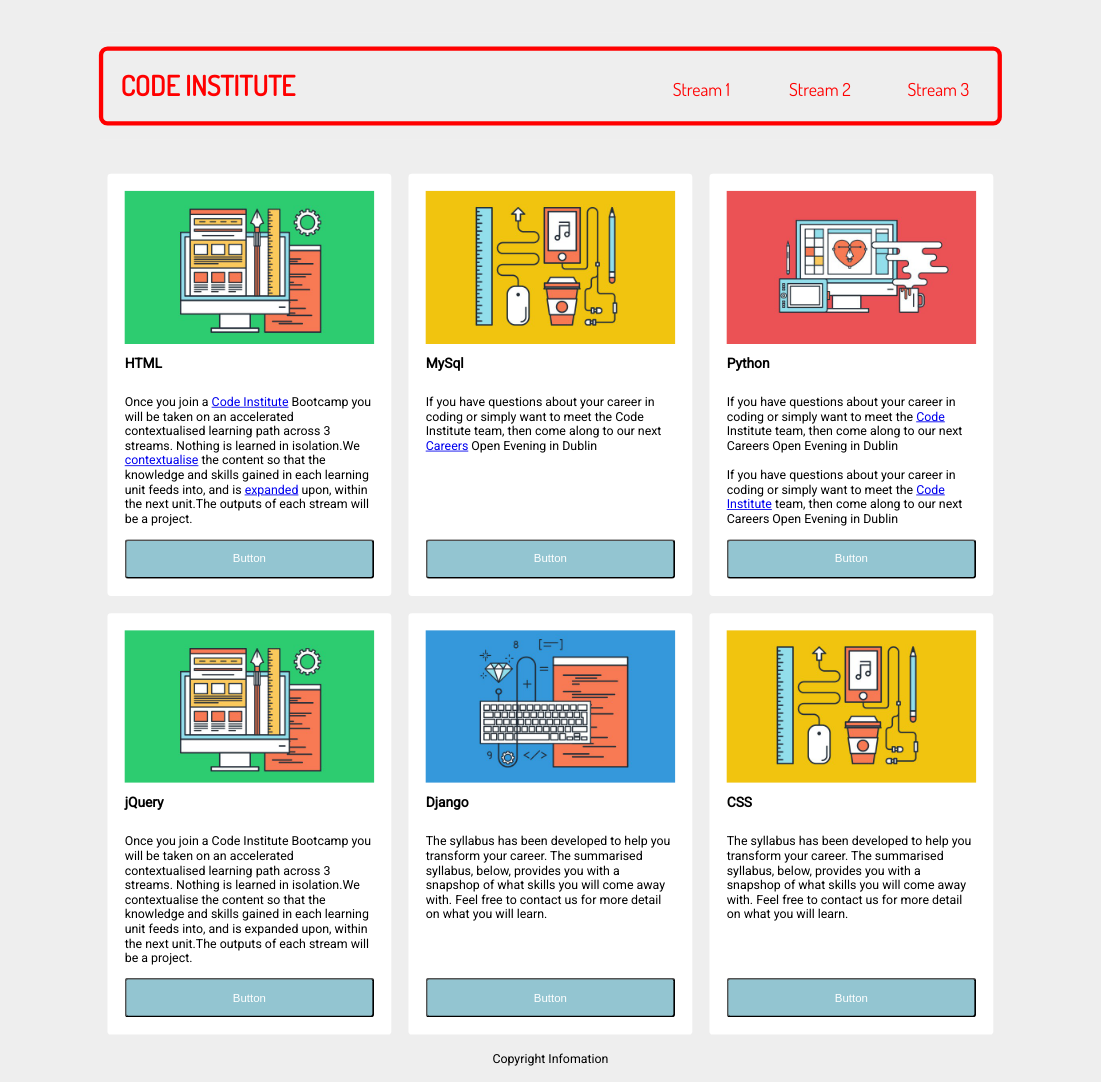
Repository: nitr-am/excersices-using-Jquery
Page: Cards-jquery.html
The author's editor kept a record of every edit. The page is drawn from the files as they stood at one moment, then again after the next edit.
The browser window is 1280 px wide. The pictures show the whole page, at 86% of full size.
Some web libraries are served in a nearby version.

Above is the page before.

### Cards-jquery.html
<!DOCTYPE html>
<html lang="en">
<head>
	<meta charset="UTF-8">
	<meta name="viewport" content="width=device-width, initial-scale=1">
	<title>jQuery</title>
	<link href="style.css" rel="stylesheet">
	<link href='https://fonts.googleapis.com/css?family=Roboto' rel='stylesheet' type='text/css'>
	<link href='https://fonts.googleapis.com/css?family=Dosis' rel='stylesheet' type='text/css'>
</head>
<body>
	<div id="container">
		<nav>
			<ul>
				<li id="logoNav">CODE INSTITUTE</li>

				<li id="stream1_btn">Stream 1</li>
				<li id="stream2_btn">Stream 2</li>
				<li id="stream3_btn">Stream 3</li>
			</ul>
		</nav>
		<div class="card stream1">
			<img id="img3" class="card_image" src="img/3.png" alt="coding icon">
			<div class="card_bottom">
				<h2 id="sz_html" class="card_head">HTML</h2>
				<p id="html_vanish" class="card_para">Once you join a <a href="#">Code Institute</a> Bootcamp you will be taken on an accelerated contextualised learning path across 3 streams. Nothing is learned in isolation.We <a href="#">contextualise</a> the content so that the knowledge and skills gained in each learning unit feeds into, and is <a href="#">expanded</a> upon, within the next unit.The outputs of each stream will be a project. </p>
				<button id="button1" class="bottom_button makeRed">Button</button>
			</div>
		</div>
		<div class="card stream3">
			<img id="img1" class="card_image" src="img/1.png" alt="coding icon">
			<h2 id="sz_mysql" class="card_head">MySql</h2>
			<p id="mysql_vanish" class="card_para">If you have questions about your career in coding or simply want to meet the Code Institute team, then come along to our next <a href="#">Careers</a> Open Evening in Dublin</p>
			<button id="button2" class="bottom_button makeRed">Button</button>
		</div>

		<div class="card stream2">
			<img id="img2" class="card_image" src="img/2.png" alt="coding icon">
			<h2 id="sz_python" class="card_head">Python</h2>
			<p id="python_vanish" class="card_para">If you have questions about your career in coding or simply want to meet the <a href="#">Code</a> Institute team, then come along to our next Careers Open Evening in Dublin <br><br> If you have questions about your career in coding or simply want to meet the <a href="#">Code Institute</a> team, then come along to our next Careers Open Evening in Dublin </p>
			<button id="button3" class="bottom_button makeRed">Button</button>
		</div>
		<div class="card stream1">
			<img id="img5" class="card_image" src="img/3.png" alt="coding icon">
			<div class="card_bottom">
				<h2 id="sz_jquery" class="card_head">jQuery</h2>
				<p id="jquery_vanish" class="card_para">Once you join a Code Institute Bootcamp you will be taken on an accelerated contextualised learning path across 3 streams. Nothing is learned in isolation.We contextualise the content so that the knowledge and skills gained in each learning unit feeds into, and is expanded upon, within the next unit.The outputs of each stream will be a project. </p>
				<button id="button4" class="bottom_button makeRed">Button</button>
			</div>
		</div>
		<div class="card stream3">
			<img id="img4" class="card_image" src="img/4.png" alt="coding icon">
			<h2 id="sz_django" class="card_head">Django</h2>
			<p id="django_vanish" class="card_para">The syllabus has been developed to help you transform your career. The summarised syllabus, below, provides you with a snapshop of what skills you will come away with. Feel free to contact us for more detail on what you will learn.</p>
			<button id="button5" class="bottom_button makeRed">Button</button>
		</div>
		<div class="card stream1">
			<img id="img6" class="card_image" src="img/1.png" alt="coding icon">
			<h2 id="sz_css" class="card_head">CSS</h2>
			<p id="css_vanish" class="card_para">The syllabus has been developed to help you transform your career. The summarised syllabus, below, provides you with a snapshop of what skills you will come away with. Feel free to contact us for more detail on what you will learn.</p>
			<button id="button6" class="bottom_button makeRed">Button</button>
		</div>
		<div id="my_footer">
			<p id="copyright">Copyright Infomation</p>
		</div>
	</div>
	<script src="https://code.jquery.com/jquery-3.2.1.js" integrity="sha256-DZAnKJ/6XZ9si04Hgrsxu/8s717jcIzLy3oi35EouyE=" crossorigin="anonymous"></script>
	<script src="script.js"></script> <!-- Scripts located at the bottom of the body to insure page is fully loaded before execution -->

</body>
</html>

### style.css
body{
	font-family: 'Roboto', sans-serif;
	/*background-image: url(img/code-institute.jpg);
 	background-size: cover;
 	color: #ffffff;*/
 	background-color: #eee;
}

.bg_color {
	background-color: #000;
}

h1{
	font-size: 3em;
	text-align: center;
}
h2{
	font-size: 1em;
	text-align: left;
}
p{
	font-size: .9rem;
}

div{
	border-radius: 4px;
}

.card_image{
	width: 100%;
}
.bottom_button{
	display: flex;
	box-sizing:border-box;
	border-radius: 4px;
	display: block;
	width: 100%;
	background-color:rgba(129, 187, 201,.85);
	text-align: center;
	padding: 1em .75em;
	text-decoration: none;
	color: #fff;

}

.card_bottom{
	display: flex;
	flex-flow:column;
}
.card_head{
	flex:0;
}
.card_para{
	flex:1 0 auto;
}

#container
{
	display: flex;		/* makes container a flexbox*/
	flex-flow: row wrap; 	/* layout the boxes in rows and wrap them*/
	box-sizing:border-box;
	margin-right:auto;
	margin-left:auto;
	max-width:1050px;
}
#logo{
	width: 800px;
	margin: auto;
}

.card{
	flex:1; /* */
	display: flex;	/* make the contents controllable by flexbox*/
	flex-flow:column;	/* */
	min-width: 240px; /**/
	margin: 10px;
	padding: 20px;
	background-color: #fff;
}
.highlight_stream{
	background-color: #EB5255;
}

.highlight_text {
	color: blue;
}

.h2_color {
	background-color: lightblue;
}

.h2_size {
	font-size: 2em;
}

#my_footer{
	width:100%;
	text-align: center;
}
#copyright{
	margin-top:10px;
	margin-bottom:10px;

}

/*************************
Navigation

**************************/

nav{
	font-family: roboto;
	background-color: #eee;
	margin: 30px auto;
	width: 100%;
}
ul{
	display: flex;
	justify-content:space-between;
	flex-flow: row;
	/*flex-flow: row-reverse;*/
	/*justify-content:flex-end;*/
	/*justify-content:space-around;*/
	/*align-items:flex-start;*/
	align-items:baseline;
	border-radius: 10px;
	list-style-type: none; /*Remove Bullets*/
	padding: 0;
}
li{
	flex:1;
	height: 30px;
	/*width:10%;*/
	/*border:2px solid #000;*/
	/*background-color: #81BBC9;*/
	/*border-radius: 10px;*/
	font-family: Dosis;
	padding:20px 20px 20px 20px;
	text-align: center;
	font-size: 1.3em;
}

#logoNav{
	flex:6;
	text-align: left;
	font-size: 2em;
	font-weight: bold;
}

.underline{
  text-decoration:underline;
}
.border{
  border: solid 5px #ccc;
}


@media screen and (max-width: 700px){
	ul{
		flex-flow: column;
		align-items:center;
	}
	li{
		font-size: 2em;
	}
}

### script.js
$(document).ready(function() {

    $('p').click(function() {
        $('p').addClass('get_red')
    })
    $('h2').hover(function() {
        $('h2').addClass('bg_lightblue')
    })

    // Para que crezca el tamaño de la letra de solo el h2 que estoy tocando.
    // Se queda grande y no se vuelve a reducir su tamaño
    $('h2').hover(function(){
        $(this).addClass('h2_size');
    });

    // Now this willl change de bg_color to black when mouse enter,
    // and will add a new class when mouse leave, bg will turn grey.
    $('img').mouseover(function() {
        $('body').addClass('bg_color')
    })
    $('img').mouseleave(function() {
        $('body').addClass('bg_grey')
    })

    // This is for the "button.html"
    $('#button_unique').click(function() {
        $('#para1').slideToggle('slow', );
    })

    // Para que el boton cambie su transparencia. 0.5 y 1 son grados de transparencia.
    $('#button_unique').mouseenter(function() {
        $(this).fadeTo(2000,0.5);
    })
    $('#button_unique').mouseleave(function() {
        $(this).fadeTo(2000,1);
    })

    $('#button_unique2').click(function() {
        $('#para12').hide();
    })

    ////////////////// Para que cambe el bg color del h2
	$("h2").mouseenter(function(){
        $(this).addClass("h2_bg_color");
    });
	$("h2").mouseleave(function(){
        $(this).removeClass("h2_bg_color");
    });



 	$("#stream1_btn").on("click", function() {
 		$(".stream1").removeClass('highlight_stream');
		$(".stream2").removeClass('highlight_stream');
		$(".stream3").removeClass('highlight_stream');
	  	$(".stream1").addClass('highlight_stream');
	});
	$("#stream2_btn").on("click", function() {
		$(".stream1").removeClass('highlight_stream');
		$(".stream2").removeClass('highlight_stream');
		$(".stream3").removeClass('highlight_stream');
	  	$(".stream2").addClass('highlight_stream');
	});
	$("#stream3_btn").on("click", function() {
		$(".stream1").removeClass('highlight_stream');
		$(".stream2").removeClass('highlight_stream');
		$(".stream3").removeClass('highlight_stream');
	  	$(".stream3").addClass('highlight_stream');
	});
	$("ul").css("border", "5px solid red");
	$("ul li").css("color", "red");

/* ----------> Este es para cambiar el color del texto.
	$("p").click(function(){
      $("p").addClass("highlight_text");
    });
*/


/* -----------------> To change the size of the h2 when hovered
    $("#sz_html").hover(function() {
    	$("#sz_html").removeClass("h2_size");
    	$("#sz_mysql").removeClass("h2_size");
    	$("#sz_python").removeClass("h2_size");
    	$("#sz_jquery").removeClass("h2_size");
    	$("#sz_django").removeClass("h2_size");
    	$("#sz_css").removeClass("h2_size");
    	$("#sz_html").addClass("h2_size");
    });
    $("#sz_mysql").hover(function() {
    	$("#sz_html").removeClass("h2_size");
    	$("#sz_mysql").removeClass("h2_size");
    	$("#sz_python").removeClass("h2_size");
    	$("#sz_jquery").removeClass("h2_size");
    	$("#sz_django").removeClass("h2_size");
    	$("#sz_css").removeClass("h2_size");
    	$("#sz_mysql").addClass("h2_size");
    });
    $("#sz_python").hover(function() {
    	$("#sz_html").removeClass("h2_size");
    	$("#sz_mysql").removeClass("h2_size");
    	$("#sz_python").removeClass("h2_size");
    	$("#sz_jquery").removeClass("h2_size");
    	$("#sz_django").removeClass("h2_size");
    	$("#sz_css").removeClass("h2_size");
    	$("#sz_python").addClass("h2_size");
    });
    $("#sz_jquery").hover(function() {
    	$("#sz_html").removeClass("h2_size");
    	$("#sz_mysql").removeClass("h2_size");
    	$("#sz_python").removeClass("h2_size");
    	$("#sz_jquery").removeClass("h2_size");
    	$("#sz_django").removeClass("h2_size");
    	$("#sz_css").removeClass("h2_size");
    	$("#sz_jquery").addClass("h2_size");
    });
    $("#sz_django").hover(function() {
    	$("#sz_html").removeClass("h2_size");
    	$("#sz_mysql").removeClass("h2_size");
    	$("#sz_python").removeClass("h2_size");
    	$("#sz_jquery").removeClass("h2_size");
    	$("#sz_django").removeClass("h2_size");
    	$("#sz_css").removeClass("h2_size");
    	$("#sz_django").addClass("h2_size");
    });
    $("#sz_css").hover(function() {
    	$("#sz_html").removeClass("h2_size");
    	$("#sz_mysql").removeClass("h2_size");
    	$("#sz_python").removeClass("h2_size");
    	$("#sz_jquery").removeClass("h2_size");
    	$("#sz_django").removeClass("h2_size");
    	$("#sz_css").removeClass("h2_size");
    	$("#sz_css").addClass("h2_size");
    });
*/

// ---------> Este cambia el color de fondo fondo
 /*   $(".bottom_button").mouseenter(function() {
    	$("body").addClass("bg_color");
    });
    $(".bottom_button").mouseout(function() {
    	$("body").removeClass("bg_color");
    });
*/

 /* ////////////////////Para que cambie lucidez

    $("#button1").mouseenter(function() {
        $("#button1").fadeTo(1000, 0.5, )
    });
    $("#button1").mouseout(function() {
        $("#button1").fadeTo(1000, 1)
    });
*/

// ---------------- This one is to change the color of the buttons
    $("button").mouseenter(function() {
        $(this).removeClass("makeRed").addClass("makeBorder")
    });
    $("button").mouseout(function() {
        $(this).removeClass("makeBorder").addClass("makeRed")
    });

 // --------> Images and Buttons, to make the paragraph vanish
 //   $("#html_vanish").hide();
    $("#img3").click(function() {
       $("#html_vanish").slideToggle("slow", )
    })
    $("#button1").click(function() {
       $("#html_vanish").slideToggle("slow", )
    });

//   $("#mysql_vanish").hide();
    $("#img1").click(function() {
       $("#mysql_vanish").slideToggle("slow", )
    })
    $("#button2").click(function() {
       $("#mysql_vanish").slideToggle("slow", )
    });

//    $("#python_vanish").hide();
    $("#img2").click(function() {
       $("#python_vanish").slideToggle("slow", )
    })
    $("#button3").click(function() {
       $("#python_vanish").slideToggle("slow", )
    });

//    $("#jquery_vanish").hide();
    $("#img5").click(function() {
       $("#jquery_vanish").slideToggle("slow", )
    })
    $("#button4").click(function() {
       $("#jquery_vanish").slideToggle("slow", )
    });

//    $("#django_vanish").hide();
    $("#img4").click(function() {
       $("#django_vanish").slideToggle("slow", )
    })
    $("#button5").click(function() {
       $("#django_vanish").slideToggle("slow", )
    });

//    $("#css_vanish").hide();
    $("#img6").click(function() {
       $("#css_vanish").slideToggle("slow", )
    })
    $("#button6").click(function() {
       $("#css_vanish").slideToggle("slow", )
    });

// ----> Esto hara que todos los hiperviculos se resalten cuando pase el mouse por el texto
    $("p").mouseenter(function() {
        $(this).children("a").addClass("highlight")
    })
    $("p").mouseleave(function() {
        $(this).children("a").removeClass("highlight")
    })

// ------> The use of next
 /*   $("button").click(function() {
        $(this).prev().slideToggle(1000, )
    });
 */
    $(".card").click(function() { // esto me pinta o despunta el bk de cada cartilla
		$(this).toggleClass("highlight");
	});

     //let highlighted =  $(".card").toggleClass("highlight");
     $("#select_btn").click(function() { // esta opcion me desaarece las cartillas no pintadas (la opcion de arriba)
        $(".card:not(.highlight)").hide() // Las qe no esten pintadas las desaparece. :not(slector)
     })
     $("#all_btn").click(function() {
        $(".card").show() // esta me vuelve a mostrar todas todas.
     })




});

After the next edit:
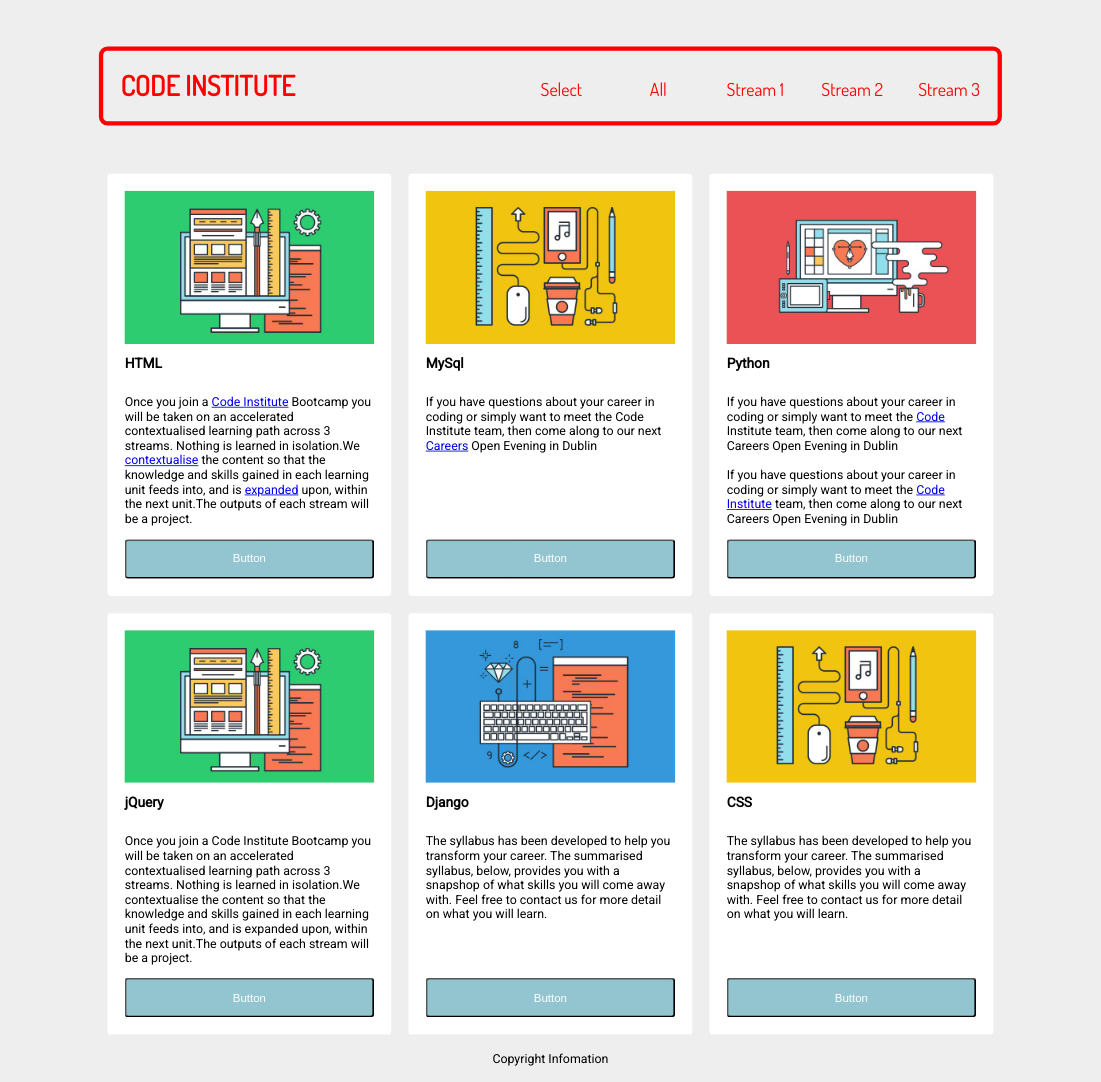
The edit:
--- a/Cards-jquery.html
+++ b/Cards-jquery.html
@@ -13,7 +13,8 @@
 		<nav>
 			<ul>
 				<li id="logoNav">CODE INSTITUTE</li>
-
+				<li id="select_btn">Select</li>
+				<li id="all_btn">All</li>
 				<li id="stream1_btn">Stream 1</li>
 				<li id="stream2_btn">Stream 2</li>
 				<li id="stream3_btn">Stream 3</li>
